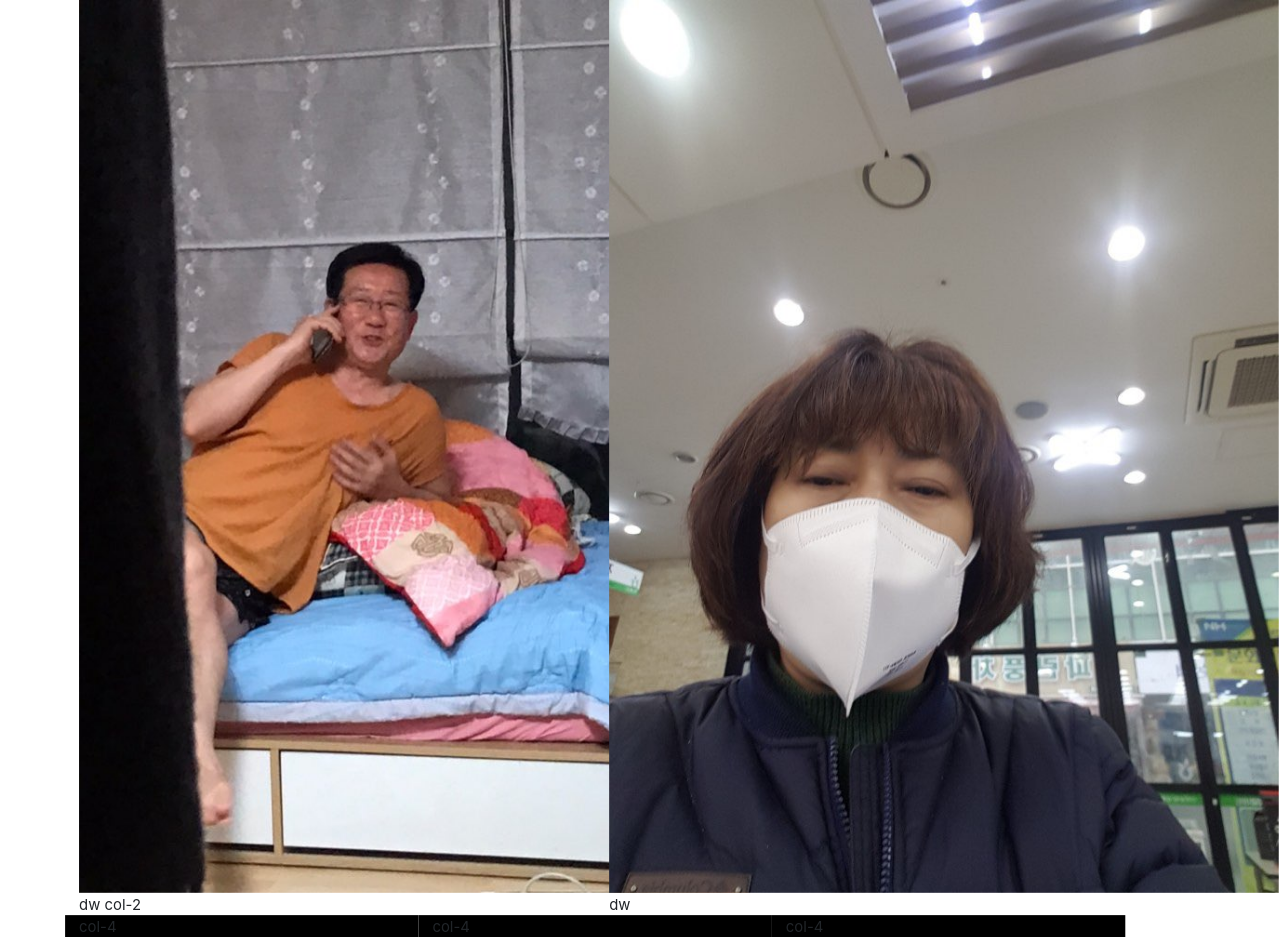
Repository: seungminlll3420/ruby_on_rails
Page: wep.html
The author's editor kept a record of every edit. The page is drawn from the files as they stood at one moment, then again after the next edit.
The browser window is 1280 px wide. The page is 1375 px wide, so the pictures cover 1375 px, including what lies to the right of the window. The pictures show the whole page, at 93% of full size.

Above is the page before.

After the next edit:
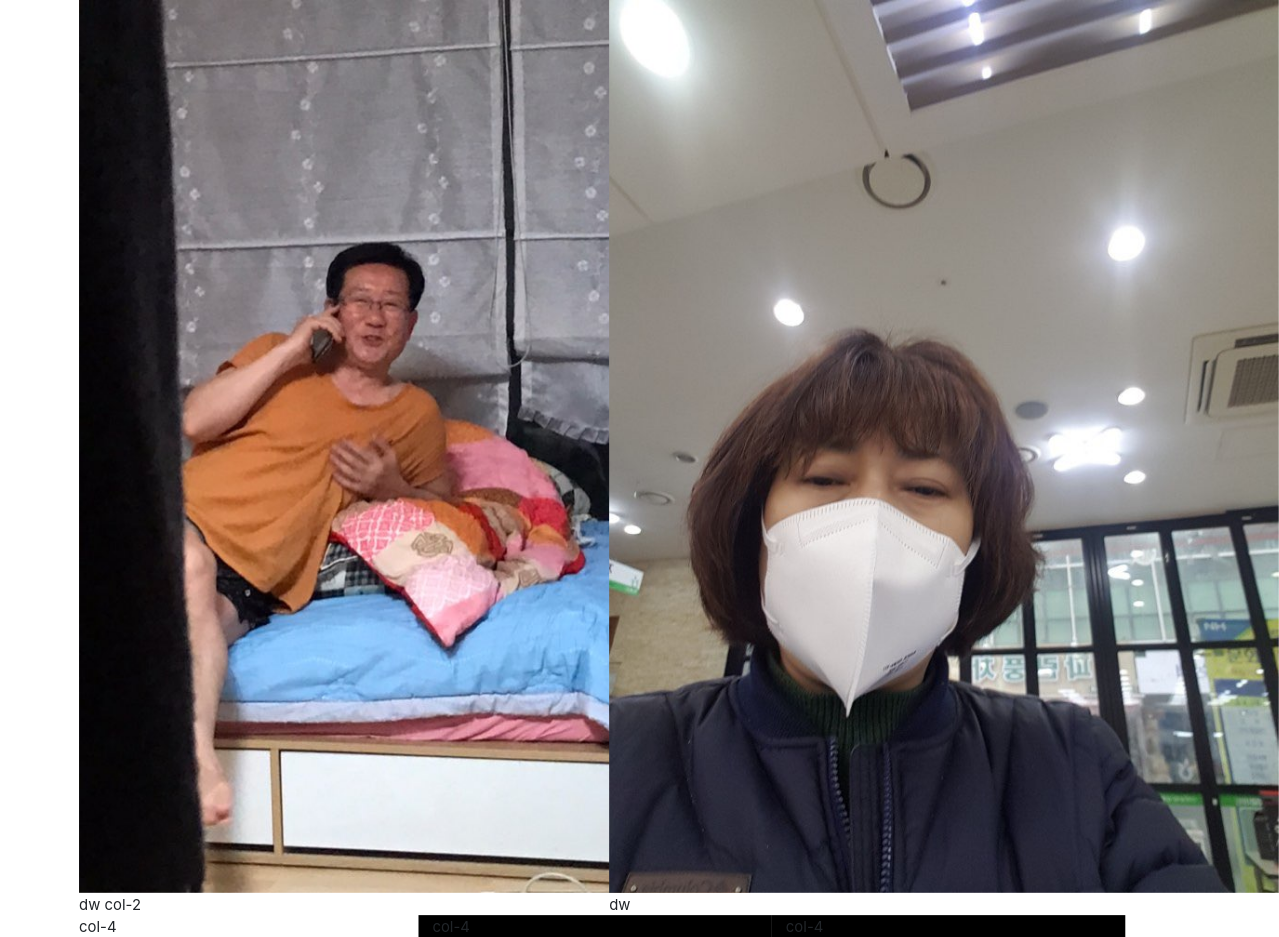
The edit:
--- a/wep.html
+++ b/wep.html
@@ -25,7 +25,7 @@
 
         </div>
         <div class="row">
-            <div class="col-4" style="background-color: black;">
+            <div class="col-4" style="">
                 col-4
             </div>
             <div class="col-4" style="background-color: black;">
